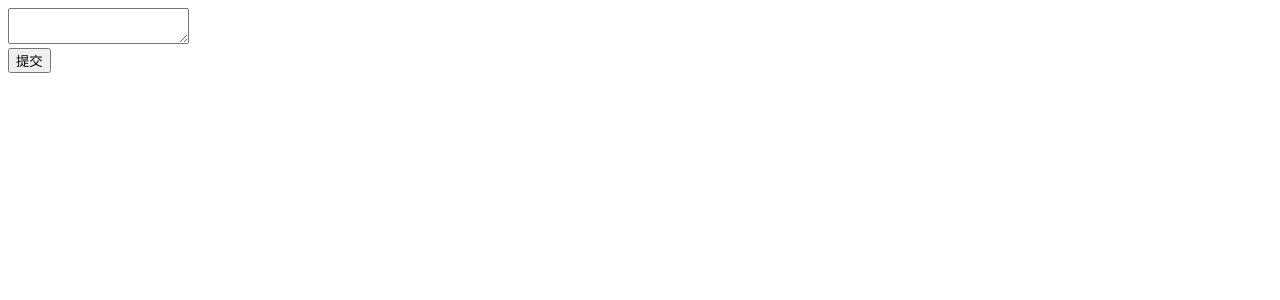
Repository: lm101845/LearnCyberSecurity
Page: 02-前端网络安全/01-XSS脚本攻击/01-揭开XSS攻击的神秘面纱/index.html
An editor plug-in stored every save of this project. The page is shown before and after the next save, followed by the edit.
The browser window is 1280 px wide. The pictures show the whole page.
Some web libraries are served in a nearby version.

Above is the page before, as saved 2021-05-21 15:44:31.

### 02-前端网络安全/01-XSS脚本攻击/01-揭开XSS攻击的神秘面纱/index.html
<!--
 * @Author: liming
 * @Date: 2021-05-21 15:33:05
 * @LastEditTime: 2021-05-21 15:44:31
 * @FilePath: \LearnCyberSecurity\02-前端网络安全\01-XSS脚本攻击\01-揭开XSS攻击的神秘面纱\index.html
-->
<!DOCTYPE html>
<html lang="en">
<head>
    <meta charset="UTF-8">
    <meta http-equiv="X-UA-Compatible" content="IE=edge">
    <meta name="viewport" content="width=device-width, initial-scale=1.0">
    <title>Document</title>
    <script src="//cdn.bootcss.com/jquery/3.2.1/jquery.min.js"></script>
</head>
<body>
    <div id="list"></div>
    <div><textarea id="text"></textarea></div>
    <div><button id="commit">提交</button></div>
    <script>
        const listData = localStorage.getItem('listData') ? JSON.parse(localStorage.getItem("listData")):[]
        listData.forEach(text => $('#list').append(`<div>${text}</div>`));
        $('#commit').on('click',ev=>{
            const text = $('#text').val()
            $('#list').append(`<div>${text}</div>`)
            listData.push(text)
            localStorage.setItem('listData',JSON.stringify(listData))
        })
    </script>
</body>
</html>

After the next save:
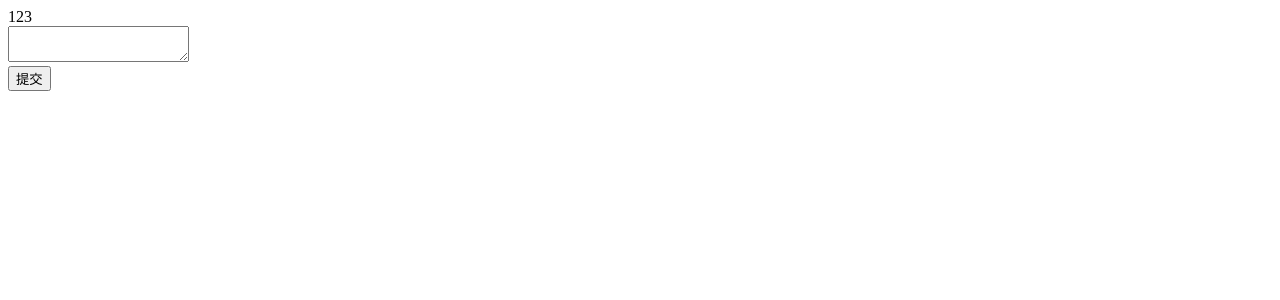
Saved 2 min 33 s later.
--- a/02-前端网络安全/01-XSS脚本攻击/01-揭开XSS攻击的神秘面纱/index.html
+++ b/02-前端网络安全/01-XSS脚本攻击/01-揭开XSS攻击的神秘面纱/index.html
@@ -1,7 +1,7 @@
 <!--
  * @Author: liming
  * @Date: 2021-05-21 15:33:05
- * @LastEditTime: 2021-05-21 15:44:31
+ * @LastEditTime: 2021-05-21 15:47:04
  * @FilePath: \LearnCyberSecurity\02-前端网络安全\01-XSS脚本攻击\01-揭开XSS攻击的神秘面纱\index.html
 -->
 <!DOCTYPE html>
@@ -18,7 +18,7 @@
     <div><textarea id="text"></textarea></div>
     <div><button id="commit">提交</button></div>
     <script>
-        const listData = localStorage.getItem('listData') ? JSON.parse(localStorage.getItem("listData")):[]
+        const listData = localStorage.getItem('listData') ? JSON.parse(localStorage.getItem("listData")):['123']
         listData.forEach(text => $('#list').append(`<div>${text}</div>`));
         $('#commit').on('click',ev=>{
             const text = $('#text').val()
